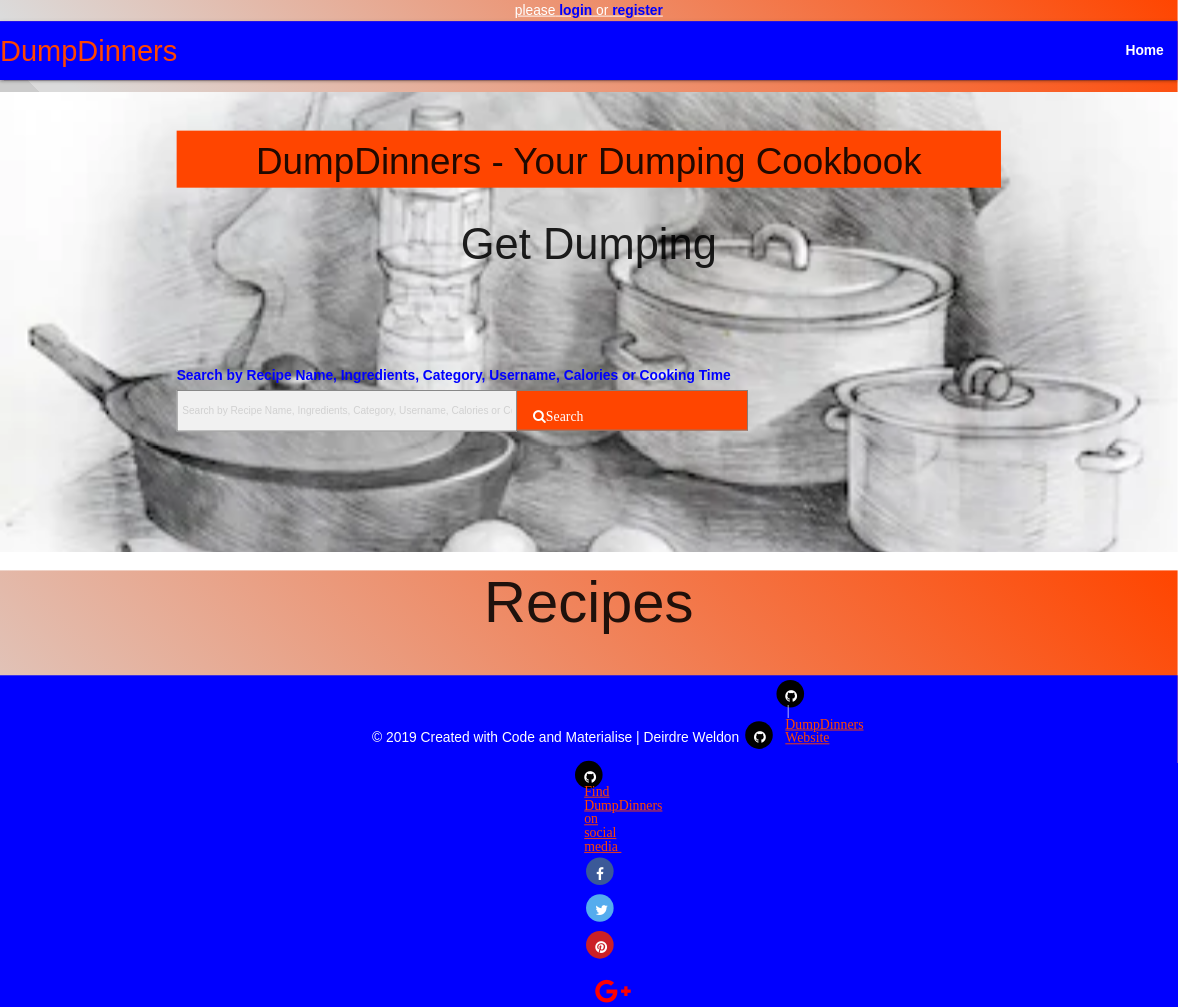
Repository: Deirdre18/dumpdinners-recipe-app
Page: http://localhost/
The author's editor kept a record of every edit. The page is drawn from the files as they stood at one moment, then again after the next edit.
The browser window is 1280 px wide. The pictures show the whole page, at 92% of full size.
Some web libraries are served in a nearby version. The page is served by the project's application, run on Flask 3 (app.py). Queries for data that is not in the repository find no rows.

Above is the page before.

After the next edit:
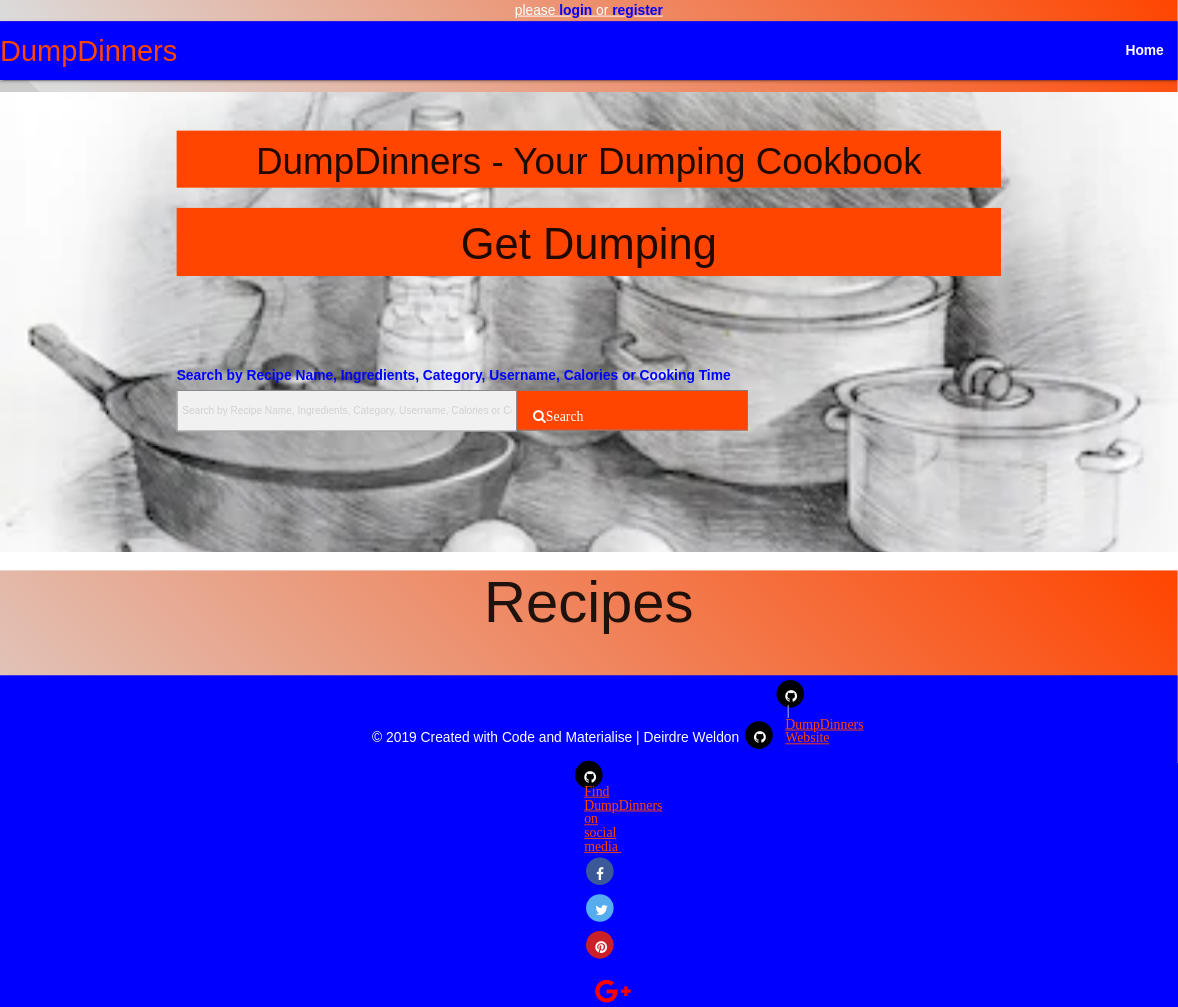
The edit:
--- a/templates/base.html
+++ b/templates/base.html
@@ -215,7 +215,7 @@
 
                     <h2 class="header center" style="background-color:orangered" class="header"><small>DumpDinners - Your Dumping Cookbook</small></h2>
 
-                    <h1 class="header center" class="header"><small>Get Dumping</small></h1>
+                    <h1 class="header center" style="background-color:orangered" class="header"><small>Get Dumping</small></h1>
                     <br><br><br>
 
 
